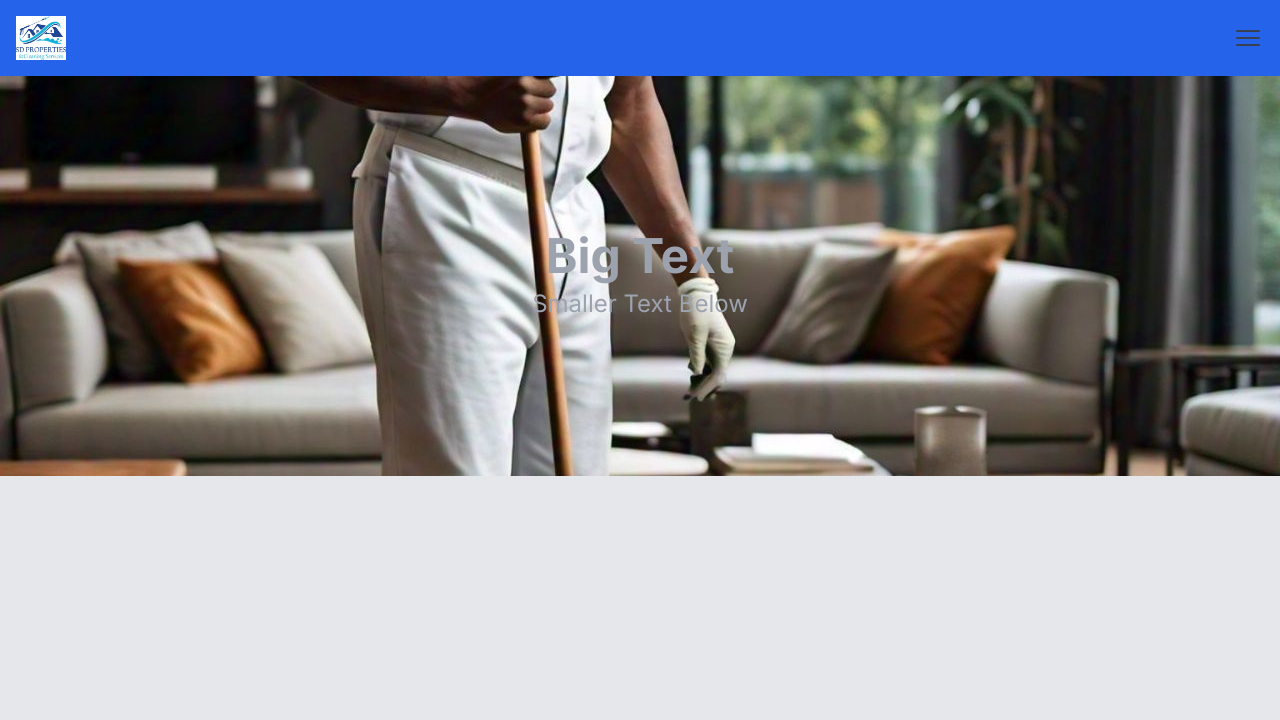
Repository: devmskhan/sdpropandclean
Page: /
These files come from the project's save history. The page is drawn as it stood at one moment and after the next save; the edit follows.
The browser window is 1280 px wide. The pictures show the whole page.
The project was rebuilt for these pictures with package versions that can differ from the ones it lists, and the page was loaded fresh each time. The framework's server and built-in components were replaced by stand-ins that run in the browser. Also part of the build but not shown: next.config.mjs.

Above is the page before, as saved 2024-09-03 11:55:08.

### app/layout.tsx
import type { Metadata } from "next";
import { Inter } from "next/font/google";
import "./globals.css";

const inter = Inter({ subsets: ["latin"] });

export const metadata: Metadata = {
  title: "SD Properties & Cleaning",
  description: "Provision of Houses and Cleanliness of Homes is our apex goal",
};

export default function RootLayout({
  children,
}: Readonly<{
  children: React.ReactNode;
}>) {
  return (
    <html lang="en">
      <body className={inter.className}>{children}</body>
    </html>
  );
}

### app/page.tsx
import Header from '../components/Header';
import Body from '../components/Body';

export default function Home() {
  return (
    <main className="min-h-screen bg-gray-200">
      <Header />
      <Body />
    </main>
  );
}

### components/Header.tsx
import Image from "next/image";
import { Bars3Icon } from '@heroicons/react/24/solid'


function Header() {
    return (
        <header className="sticky top-0 flex justify-between items-center p-4 bg-blue-600 shadow-md">
      {/* Logo on the top left */}
      <div className="flex items-center">
        <Image
          src="/sdlogo.jpg"
          alt="Logo"
          width={50}
          height={50}
          className="cursor-pointer"
        />
      </div>

      {/* Triple line (hamburger) icon on the top right */}
      <div className="cursor-pointer">
        <Bars3Icon className="h-8 w-8 text-gray-700" />
      </div>
    </header>
    )
}

export default Header;

### components/Body.tsx



function Body() {
    return (
        <div>
            <div className="relative w-full h-[400px] bg-cover bg-center text-gray-400"
         style={{ backgroundImage: 'url("/pic1.jpg")' }}>
      <div className="absolute inset-0 flex flex-col justify-center items-center text-center">
        {/* Larger Text */}
        <h1 className="text-5xl font-bold mb-2">
          Big Text
        </h1>
        {/* Smaller Text */}
        <p className="text-2xl">
          Smaller Text Below
        </p>
      </div>
    </div>

    <div>

    </div>



        </div>


    )
}

export default Body;

Loaded but not shown: app/globals.css (common file); tailwind.config.ts (common file)

After the next save:
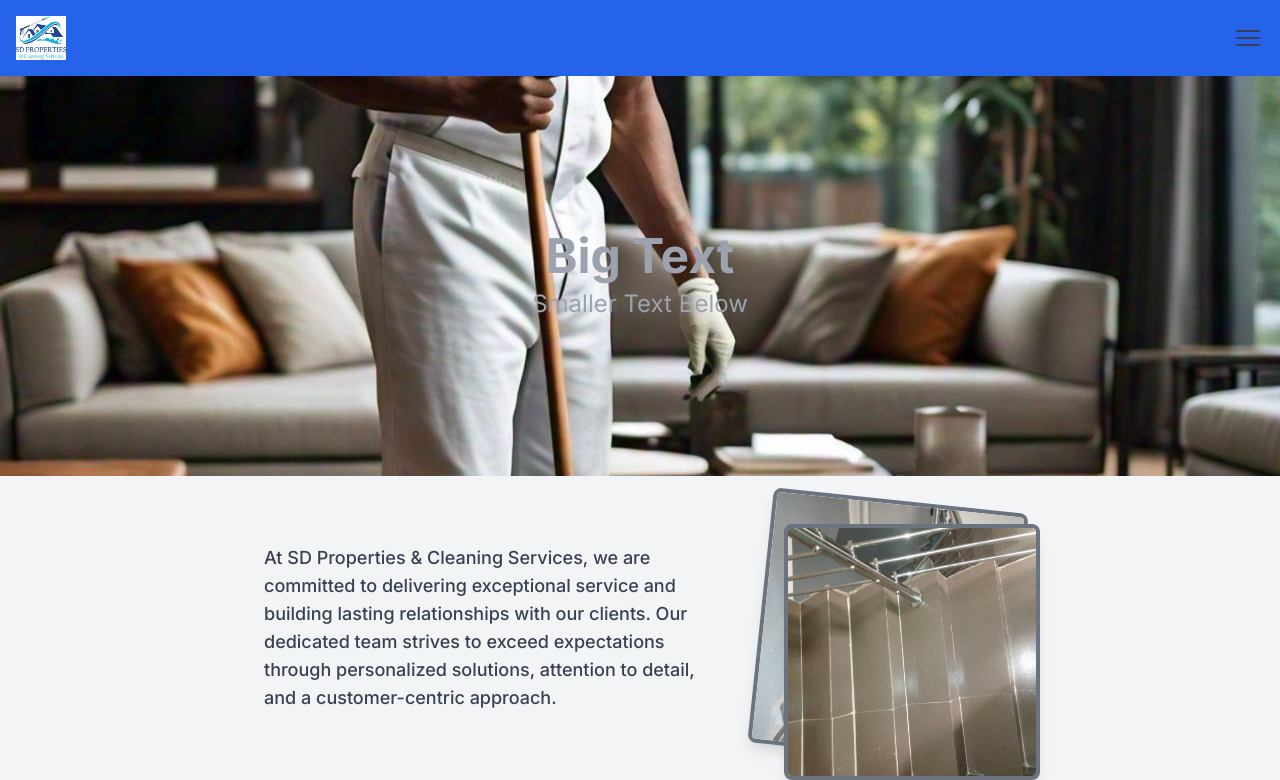
Saved 110 s later.
--- a/components/Body.tsx
+++ b/components/Body.tsx
@@ -22,6 +22,26 @@ function Body() {
 
     </div>
 
+      <div className="flex items-center justify-center p-6 bg-gray-100">
+  <div className="max-w-md text-left mr-12"> {/* Increased margin-right for larger space */}
+    <p className="text-lg font-medium text-gray-700">
+      At SD Properties & Cleaning Services, we are committed to delivering exceptional service and building lasting relationships with our clients. Our dedicated team strives to exceed expectations through personalized solutions, attention to detail, and a customer-centric approach.
+    </p>
+  </div>
+  <div className="relative">
+    <img
+      src="stairsb.jpg"
+      alt="Top Image"
+      className="w-64 h-64 rounded-lg shadow-lg border-gray-500 border-solid border-4 transform rotate-6"
+      style={{ zIndex: 10 }} // Adds a bit of depth to the rotation
+    />
+    <img
+      src="stairsaft.jpg"
+      alt="Bottom Image"
+      className="absolute bottom-0 left-0 w-64 h-64 rounded-lg shadow-lg border-gray-500 border-solid border-4 transform translate-x-6 translate-y-6"
+    />
+  </div>
+</div>
 
 
         </div>
